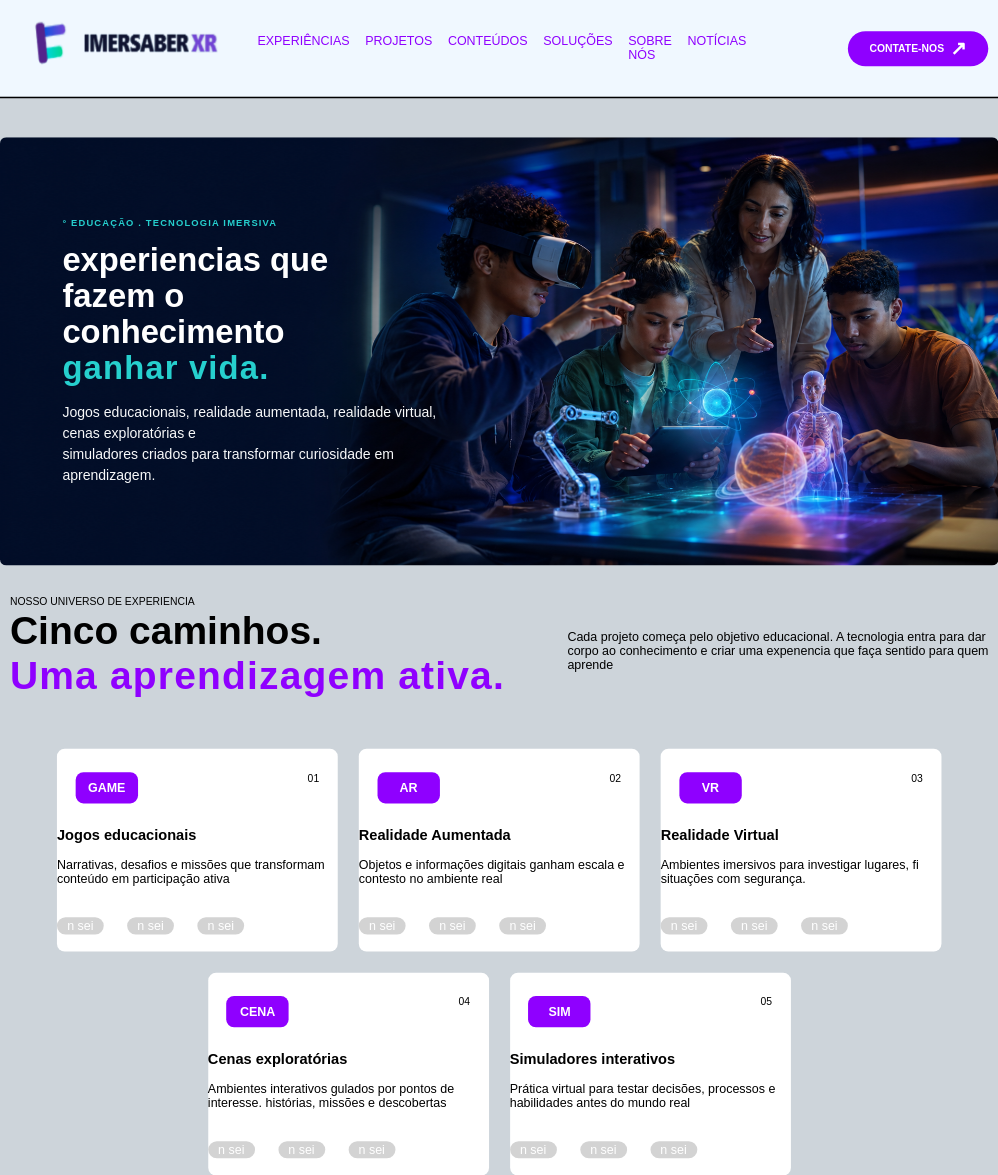
Repository: antonymsantana-design/Avaliacao.Parte.01
Page: html/index.html
An editor plug-in stored every save of this project. The page is shown before and after the next save, followed by the edit.
The browser window is 1280 px wide. The pictures show the whole page, at 78% of full size.

Above is the page before, as saved 2026-08-29 21:04:20.

After the next save:
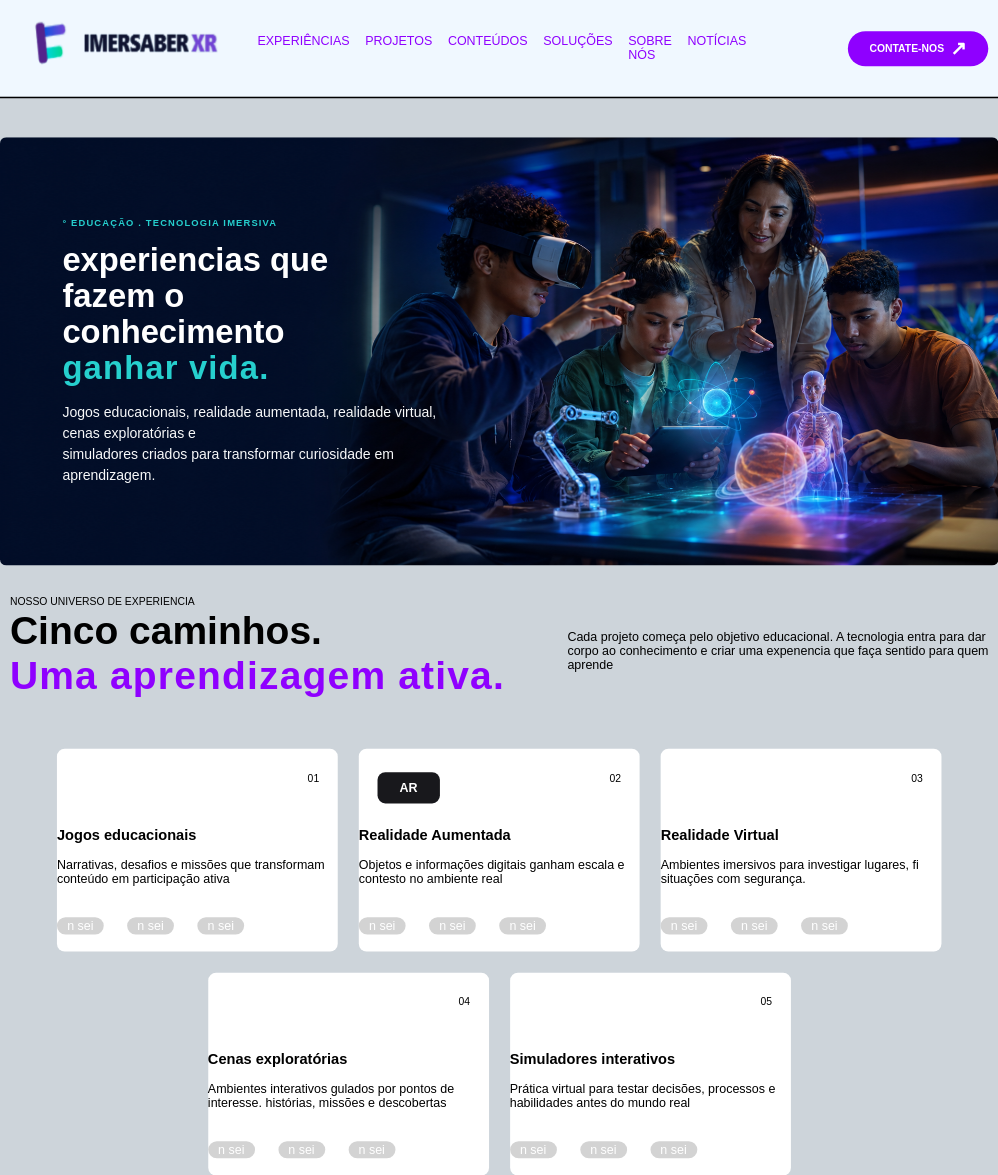
Saved 22 s later.
--- a/css/Style.css
+++ b/css/Style.css
@@ -157,7 +157,6 @@ span {
 
 .cima p{
     color: white;
-    background-color: #8F00FF;
     width: 80px;
     height: 40px;
     border-radius: 10px;
